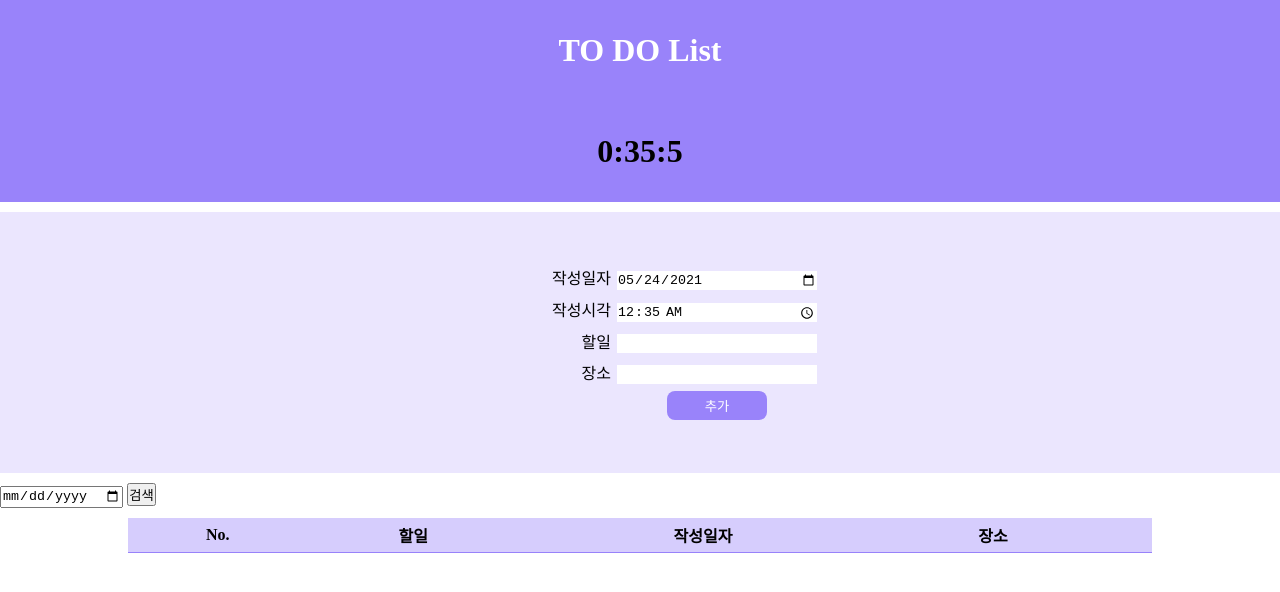
Repository: soyeon-noh/TodoList_Project
Page: http://localhost/Server_PR_TodoList/
The author's editor kept a copy of each file at every save. The page is drawn from the files as they stood at one save, then again after the next save.
The browser window is 1280 px wide. The pictures show the whole page.
The page is served by Tomcat 9. Other server files are loaded and not shown. Queries for data that is not in the repository find no rows.

Above is the page before, as saved 2021-05-25 05:01:45.

### Server_PR_TodoList/src/main/webapp/WEB-INF/views/home.jsp
<%@ page language="java" contentType="text/html; charset=UTF-8"
    pageEncoding="UTF-8"%>
<%@ taglib uri="http://java.sun.com/jsp/jstl/core"
			prefix="c"%>
<c:set value="${pageContext.request.contextPath}"
		var="rootPath"/>
<!DOCTYPE html>
<html>
<head>
<meta charset="UTF-8">
<title>TODOList 메인화면</title>
<link href="${rootPath}/static/css/home.css?ver3" rel="stylesheet"/>

<style>

</style>


</head>
  <body>
  	<%@ include file="/WEB-INF/views/include_nav.jsp" %>
    <form class ="v1" method="POST">
    	<div>
    		<label for="date">작성일자</label>
    		<input name="td_date"
    				type="date" value="${TD.td_date}">
    	</div>

    	<div>
    		<label for="time">작성시각</label>
    		<input name="td_time"
    				type="time" value="${TD.td_time}">
    	</div>

    	<div>
    		<label for="todo">할일</label>
    		<input name="td_todo"
    				type="text" value="${TD.td_todo}">
    	</div>

    	<div>
    		<label for="place">장소</label>
    		<input name="td_place"
    				type="text" value="${TD.td_place}">
    	</div>
    	<div>
    		<label></label>
   			<button class="btn_insert" type="button">추가</button>
		</div>
    </form>

    <div class="select">
    	<input name="td_place" type="date">
    	<button type="button">검색</button>
    </div>

    <table id="tdlist">
      <tr>
        <th>No.</th>
        <th>할일</th>
        <th>작성일자</th>
        <th>장소</th>
        <th></th>
      </tr>
      <c:forEach items="${TDLIST}" var="TD" varStatus="i">
        <tr>
          <td>${i.count}</td>
          <td>${TD.td_todo}</td>
          <td>${TD.td_date}</td>
          <td>${TD.td_place}</td>
          <td><button class="btn_update" data-seq="${TD.td_seq}" type="button">
          		수정</button>
          		<button class="btn_delete" data-seq="${TD.td_seq}" type="button">
          		삭제</button></td>
        </tr>
      </c:forEach>
    </table>
  </body>

  <script>
  // html 코드가 다 화면에 뜨고 나서 실행하라는 명렁
  // 아래 한 줄의 코드가 있어야 어디든디 script를 넣을 수 있다.
	document.addEventListener("DOMContentLoaded",function(){

		document.querySelector("form.v1")
		.addEventListener("click", function(ev){
			let className = ev.target.className

			if(className == "btn_insert"){
				let td_todo = document.querySelector("input[name='td_todo']");
				if(td_todo.value == ""){
					alert("할 일은 반드시 입력해야합니다");
					td_todo.focus();
					return falsse;
				}

				document.querySelector("form.v1").submit();
			}
		})

		document.querySelector("table#tdlist")
		.addEventListener("click", function(ev){
			let className = ev.target.className



			if(className == "btn_delete"){

				let seq = ev.target.dataset.seq
				alert(seq + " 삭제가 완료되었습니다.");

				document
				.location
				.replace( "${rootPath}" +
						"/UD/delete?td_seq="
						+ seq )

			} else if(className == "btn_update"){

				let seq = ev.target.dataset.seq;

				document
				.location
				.href= "${rootPath}" +
						"/UD/update?td_seq="
						+ seq
			}

		})
	})
  </script>

</html>

### Server_PR_TodoList/src/main/webapp/WEB-INF/views/include_nav.jsp
<%@ page language="java" contentType="text/html; charset=UTF-8"
    pageEncoding="UTF-8"%>

<style>
	* {
		margin: 0;
		padding: 0;
		box-sizing: border-box;
	}

    h1.clock {
        color: black;
        text-align: center;
        background-color: rgba(153, 131, 250, 20);
        padding: 2rem;
    }

</style>
<h1>TO DO List</h1>
<h1 class="clock"></h1>
<h2 class="date"></h2>
<script>
	let date = document.querySelector(".date");

    function getDate(){
        const time = new Date();
        const year = time.getUTCFullYear();
        const month = time.getUTCMonth();
        const day = time.getUTCDay();
        date.textContent = year + "-" + month + "-" + day;
    }



	let clock = document.querySelector(".clock");

	function getTime() {
		  const time = new Date();
		  const hour = time.getHours();
		  const minutes = time.getMinutes();
		  const seconds = time.getSeconds();
		  clock.textContent = hour + ":" + minutes + ":" + seconds;



	}

	function init() {
	  setInterval(getTime, 1000);
	}

	init();
</script>

### Server_PR_TodoList/src/main/java/com/callor/todo/controller/HomeController.java
package com.callor.todo.controller;

import java.io.IOException;
import java.text.SimpleDateFormat;
import java.util.Date;
import java.util.List;

import javax.servlet.ServletException;
import javax.servlet.annotation.WebServlet;
import javax.servlet.http.HttpServlet;
import javax.servlet.http.HttpServletRequest;
import javax.servlet.http.HttpServletResponse;

import com.callor.todo.model.TodoListVO;
import com.callor.todo.service.TodoService;
import com.callor.todo.service.impl.TodoServiceImplV1;

@WebServlet("/")
public class HomeController extends HttpServlet{

	protected TodoService tdService;
	public HomeController() {
		tdService = new TodoServiceImplV1();
	}
	@Override
	protected void doGet(HttpServletRequest req, HttpServletResponse resp) throws ServletException, IOException {
		// TODO selectAll()
		List<TodoListVO> tdList = tdService.selectAll();
		req.setAttribute("TDLIST", tdList);

		// TODO insert()
		TodoListVO tdVO = new TodoListVO();

		// SimpleDateFormat : 날짜 및 시간을 형식화하고 구문 분석하는 메소드 제공
		SimpleDateFormat sd = new SimpleDateFormat("yyyy-MM-dd");
		SimpleDateFormat st = new SimpleDateFormat("HH:mm:ss");

		// 현재시간을 저장
		Date date = new Date(System.currentTimeMillis());

		// 현재 시간을 변환해 VO에 넣어준다
		tdVO.setTd_seq(0L);
		tdVO.setTd_date(sd.format(date));
		tdVO.setTd_time(st.format(date));

		req.setAttribute("TD", tdVO);

		// home.jsp 화면을 보여줘라
		RequestController.reqController(req, resp, "home");
	}
	@Override
	protected void doPost(HttpServletRequest req, HttpServletResponse resp) throws ServletException, IOException {
		// TODO insert()

		// 한글 인코딩 세팅
		req.setCharacterEncoding("UTF-8");

		// user가 입력한 data 확인
		String td_date = req.getParameter("td_date");
		String td_time = req.getParameter("td_time");
		String td_todo = req.getParameter("td_todo");
		String td_place = req.getParameter("td_place");

		TodoListVO tdVO = new TodoListVO();
		tdVO.setTd_date(td_date);
		tdVO.setTd_time(td_time);
		tdVO.setTd_todo(td_todo);
		tdVO.setTd_place(td_place);

		tdService.insert(tdVO);

		System.out.println("insert : " + tdVO);

		resp.sendRedirect("/todo");
	}

}

### Server_PR_TodoList/src/main/java/com/callor/todo/service/impl/TodoServiceImplV1.java
package com.callor.todo.service.impl;

import java.sql.Connection;
import java.sql.PreparedStatement;
import java.sql.ResultSet;
import java.sql.SQLException;
import java.util.ArrayList;
import java.util.List;

import com.callor.todo.config.DbInfo;
import com.callor.todo.config.MySQLConnection;
import com.callor.todo.model.TodoListVO;
import com.callor.todo.service.TodoService;

public class TodoServiceImplV1 implements TodoService{

	// 먼저 db와 연결
	protected Connection dbConn;

	public TodoServiceImplV1() {
		dbConn = MySQLConnection.getDBConnection();
	}


	protected List<TodoListVO> select(PreparedStatement pStr) throws SQLException{
		// TODO DB로부터 데이터를 받아와 List에 저장
		List<TodoListVO> tdList = new ArrayList<TodoListVO>();

		ResultSet rSet = pStr.executeQuery();
		while(rSet.next()) {
			TodoListVO tdVO = new TodoListVO();
			tdVO.setTd_seq(rSet.getLong(DbInfo.td_seq));
			tdVO.setTd_date(rSet.getString(DbInfo.td_date));
			tdVO.setTd_time(rSet.getString(DbInfo.td_time));
			tdVO.setTd_todo(rSet.getString(DbInfo.td_todo));
			tdVO.setTd_place(rSet.getString(DbInfo.td_place));
			tdList.add(tdVO);
		}

		// 데이터 확인
		System.out.println("select : " + tdList.toString());
		return tdList;
	}

	@Override
	public List<TodoListVO> selectAll() {
		// TODO List 전체 데이터 조회

		String sql = " SELECT * FROM tbl_todo_list ";
		sql += " ORDER BY td_date DESC, td_time DESC ";

		PreparedStatement pStr = null;

		try {
			pStr = dbConn.prepareStatement(sql);
			List<TodoListVO> tdList = this.select(pStr);
			pStr.close();

			System.out.println("selectAll : " + tdList.toString());
			return tdList;
		} catch (SQLException e) {
			// TODO Auto-generated catch block
			e.printStackTrace();
		}
		return null;
	}

	@Override
	public TodoListVO findById(Long seq) {
		// TODO 일련번호로 조회
		String sql = " SELECT * FROM tbl_todo_list ";
		sql += " WHERE td_seq = ? ";

		PreparedStatement pStr = null;

		try {
			pStr = dbConn.prepareStatement(sql);
			pStr.setLong(1, seq);

			List<TodoListVO> tdList = this.select(pStr);

			pStr.close();

			if(tdList != null && tdList.size() > 0) {
				return tdList.get(0);
			}


		} catch (SQLException e) {
			// TODO Auto-generated catch block
			e.printStackTrace();
		}
		return null;
	}

	@Override
	public List<TodoListVO> findByDate(String td_date) {
		// TODO 날짜로 조회
		String sql = " SELECT * FROM tbl_todo_list ";
		sql += " WHERE td_date = ? ";

		PreparedStatement pStr = null;

		try {
			pStr = dbConn.prepareStatement(sql);
			pStr.setString(1, td_date);

			List<TodoListVO> tdList = this.select(pStr);

			pStr.close();
			return tdList;

		} catch (SQLException e) {
			// TODO Auto-generated catch block
			e.printStackTrace();
		}
		return null;
	}

	@Override
	public List<TodoListVO> findByTodo(String td_todo) {
		// TODO 할일내용으로 조회
		return null;
	}

	@Override
	public List<TodoListVO> findByPlace(String td_place) {
		// TODO 장소로 조회
		return null;
	}

	@Override
	public Integer insert(TodoListVO tdVO) {
		// TODO 데이터 추가

		String sql = " INSERT INTO tbl_todo_list ";
		sql += " ( ";
		sql += " td_date, ";
		sql += " td_time, ";
		sql += " td_todo, ";
		sql += " td_place) ";
		sql += " VALUES( ?,?,?,? ) ";


		// SQL 구문을 실행시키는 객체
		PreparedStatement pStr = null;

		try {
			pStr = dbConn.prepareStatement(sql);
			pStr.setString(1, tdVO.getTd_date());
			pStr.setString(2, tdVO.getTd_time());
			pStr.setString(3, tdVO.getTd_todo());
			pStr.setString(4, tdVO.getTd_place());

			return pStr.executeUpdate();

		} catch (SQLException e) {
			// TODO Auto-generated catch block
			e.printStackTrace();
		}
		return null;
	}


	@Override
	public Integer update(TodoListVO tdVO) {
		// TODO 데이터 업데이트
		String sql = " UPDATE tbl_todo_list SET ";
		sql += " td_date = ?, ";
		sql += " td_time = ?, ";
		sql += " td_todo = ?, ";
		sql += " td_place = ? ";

		sql += " WHERE td_seq = ? ";

		PreparedStatement pStr = null;

		try {
			pStr = dbConn.prepareStatement(sql);
			pStr.setString(1, tdVO.getTd_date());
			pStr.setString(2, tdVO.getTd_time());
			pStr.setString(3, tdVO.getTd_todo());
			pStr.setString(4, tdVO.getTd_place());

			pStr.setLong(5, tdVO.getTd_seq());
			return pStr.executeUpdate();

		} catch (SQLException e) {
			// TODO Auto-generated catch block
			e.printStackTrace();
		}

		return null;
	}

	@Override
	public Integer delete(Long seq) {
		// TODO 데이터 삭제

		String sql = " DELETE FROM tbl_todo_list ";
		sql += "WHERE td_seq = ?";

		PreparedStatement pStr = null;

		try {
			pStr = dbConn.prepareStatement(sql);
			pStr.setLong(1, seq);
			return pStr.executeUpdate();

		} catch (SQLException e) {
			// TODO Auto-generated catch block
			e.printStackTrace();
		}
		return null;
	}
}

### Server_PR_TodoList/src/main/java/com/callor/todo/config/MySQLConnection.java
package com.callor.todo.config;

import java.sql.Connection;
import java.sql.DriverManager;
import java.sql.SQLException;

public class MySQLConnection {

	private static Connection dbConn;

	static {

		String jdbcDriver = "com.mysql.cj.jdbc.Driver";
		String url = "jdbc:mysql://localhost:3306/todolist";
		String username = "tdUser";
		String password = "12345";

		try {
			Class.forName(jdbcDriver);
			if(dbConn == null) {
				dbConn = DriverManager.getConnection(url, username, password);
			}
			System.out.println("MySQL 접속 성공!!");
		} catch (ClassNotFoundException e) {
			System.out.println("MySQL Driver 를 찾을 수 없음");
		} catch (SQLException e) {
			System.out.println("MySQL DBMS 연결 실패");
		}
	}

	public static Connection getDBConnection() {
		return dbConn;
	}

}

### Server_PR_TodoList/src/main/java/com/callor/todo/model/TodoListVO.java
package com.callor.todo.model;

import lombok.AllArgsConstructor;
import lombok.Getter;
import lombok.NoArgsConstructor;
import lombok.Setter;
import lombok.ToString;

@Getter
@Setter
@ToString
@NoArgsConstructor
@AllArgsConstructor
public class TodoListVO {

	private Long td_seq;	//BIGINT
    private String td_date;	//VARCHAR(20)
    private String td_time;	//VARCHAR(20)
	private String td_todo;	//VARCHAR(200)
    private String td_place;	//VARCHAR(125)
}

### Server_PR_TodoList/src/main/java/com/callor/todo/controller/RequestController.java
package com.callor.todo.controller;

import java.io.IOException;

import javax.servlet.ServletException;
import javax.servlet.http.HttpServlet;
import javax.servlet.http.HttpServletRequest;
import javax.servlet.http.HttpServletResponse;

public class RequestController extends HttpServlet{

	public static void reqController (HttpServletRequest req,
			HttpServletResponse resp, String file) throws ServletException, IOException {

		String root = "/WEB-INF/views/" + file + ".jsp";

		req.getRequestDispatcher(root)
		.forward(req, resp);


	}

}

### Server_PR_TodoList/src/main/webapp/static/css/home.css
@charset "UTF-8";

/* 여백 초기화 */
* {
	margin: 0;
	padding: 0;
	box-sizing: border-box;
}

h1 {
	color: white;
	text-align: center;
	background-color: rgba(153,131,250,1);
	padding: 2rem;

}

form.v1 {
	background-color: rgba(153,131,250,0.2);
	padding: 3rem 5rem 3rem 5rem;
	margin: 10px auto;
}

form.v1 div {
	text-align: center;
	margin: 5px;
}

form.v1 div label{
	display: inline-block;

	width: 150px;
	text-align: right;
}

form.v1 input{
	width: 200px;
	border: 1px;
	height: 1.2rem;
	margin: 2px;
}

form.v1 div button{
		outline: 0;
		border: 0;
		width: 100px;
		color: white;
		padding: 5px;
		background-color: rgba(153,131,250,1);
		border-radius: 8px;


}

table {
	border-collapse: collapse;
	width: 80%;
	margin: 10px auto;
}

td, th {
	border-bottom: 1px solid #9882FA;
	padding: 5px;
	text-align: center;
}

th {
	background-color: rgba(153,131,250,0.4);
}

After the next save:
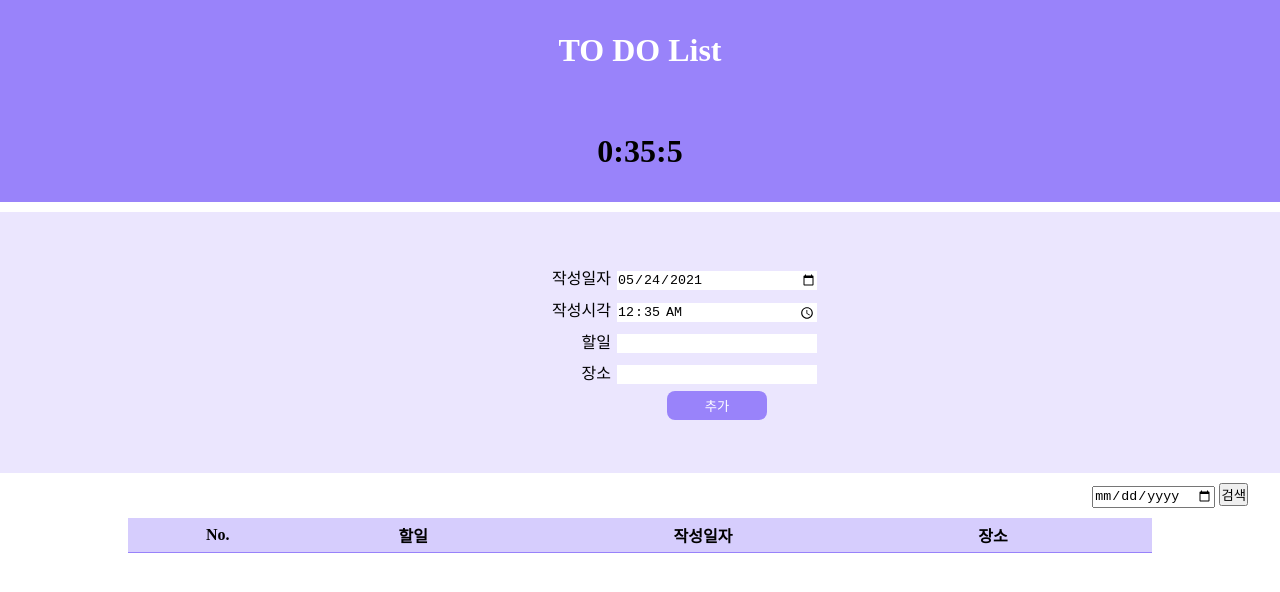
Saved 46 s later.
--- a/Server_PR_TodoList/src/main/webapp/static/css/home.css
+++ b/Server_PR_TodoList/src/main/webapp/static/css/home.css
@@ -52,6 +52,12 @@ form.v1 div button{
 
 }
 
+
+div.select{
+	text-align: right;
+	padding-right: 2rem;
+}
+
 table {
 	border-collapse: collapse;
 	width: 80%;
